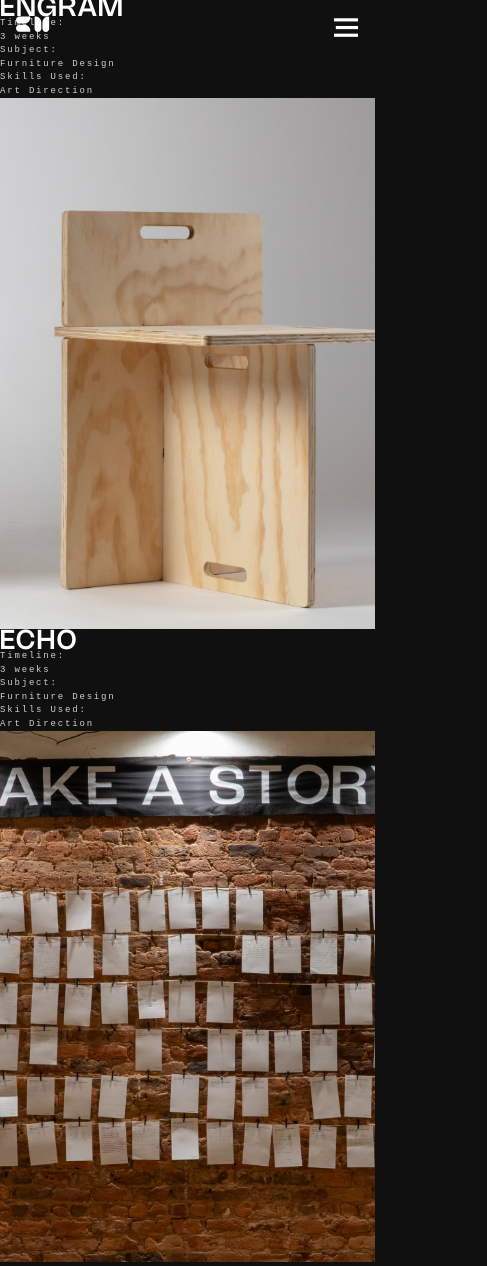
Repository: theethanwright/ethan_wright_portfolio
Page: work.html
The author's editor kept a copy of each file at every save. The page is drawn from the files as they stood at one save, then again after the next save.
The browser window is 375 px wide. The page is 375 px wide, then 487 px, so the pictures cover 487 px, including what lies to the right of the window. The pictures show the whole page.

Above is the page before, as saved 2023-12-26 19:45:12.

After the next save:
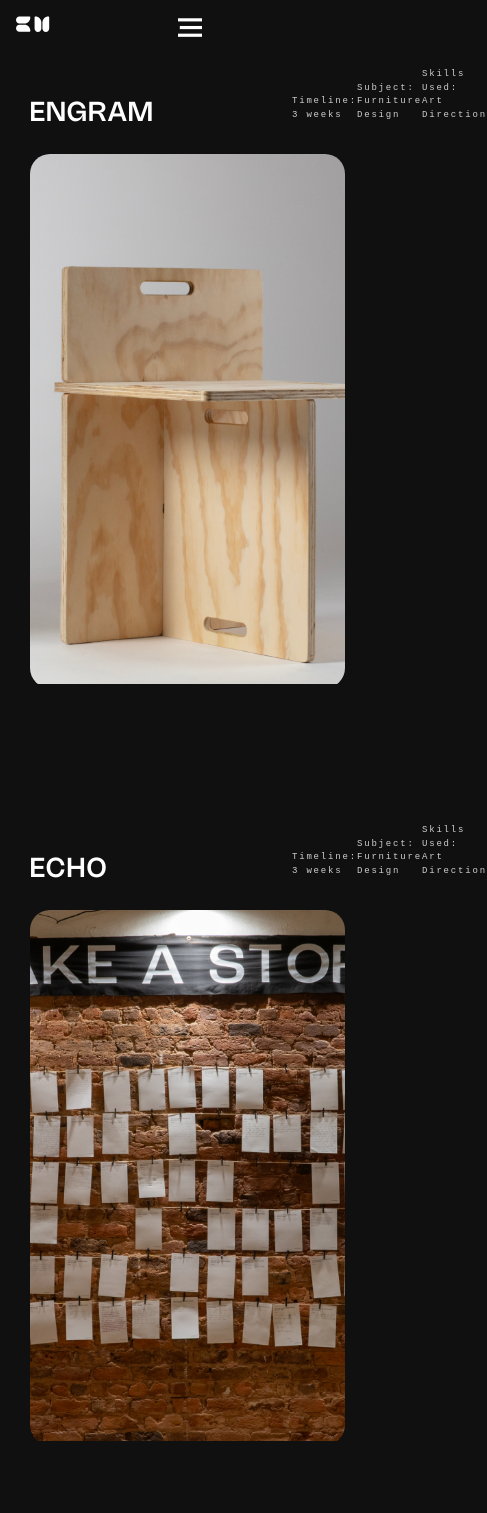
Saved 87 min 37 s later.
--- a/work/layouts.css
+++ b/work/layouts.css
@@ -94,7 +94,7 @@
         padding: 16px 30px;
         display: grid;
         margin: 0;
-        grid-template-columns: repeat(8, 8.833vw);
+        grid-template-columns: repeat(8, 1fr);
         gap: 2.667vw;
     }
 
@@ -120,6 +120,41 @@
         justify-self: end;
         align-self: center;
     }
+
+    .wrapper-project {
+      box-sizing: border-box;
+      display: grid;
+      margin: 0;
+      width: 100%;
+      padding: 68px 30px;
+      grid-template-columns: repeat(8, 1fr);
+      gap: 32px 1.389vw;
+    }
+
+    .wrapper-project h1 {
+      grid-column: 1 / span 4;
+      justify-self: start;
+      align-self: end;
+    }
+
+    .wrapper-project .project-info {
+      grid-column: 8 / span 4;
+      justify-self: stretch;
+      align-self: end;
+
+      display: flex;
+      justify-content: space-between;
+      align-items: flex-end;
+      transition-delay: 75ms
+    }
+
+    .wrapper-project a {
+      grid-column: 1 / 13;
+      justify-self: stretch;
+      align-self: start;
+      overflow: hidden;
+      transition-delay: 150ms
+    }
 }
 
 @media screen and (max-width: 600px) {
@@ -128,7 +163,7 @@
         padding: 16px 16px;
         display: grid;
         margin: 0;
-        grid-template-columns: repeat(4, 19.444vw);
+        grid-template-columns: repeat(4, 1fr);
         gap: 4.444vw;
     }
 
